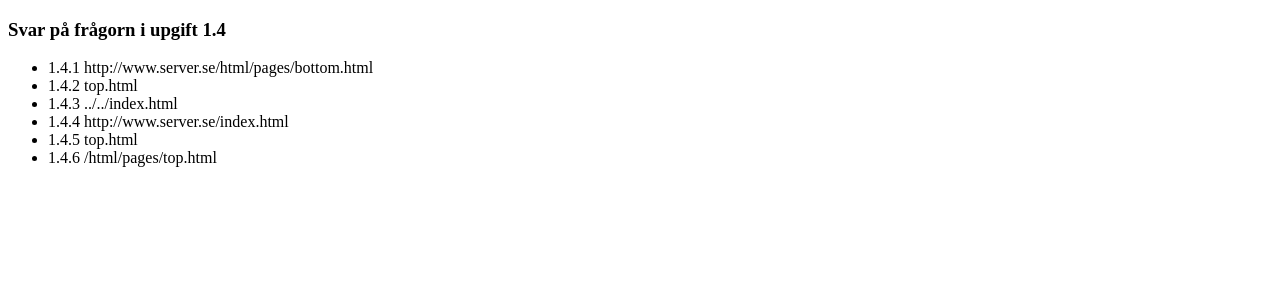
Repository: ej222ru/1IK415-laborationer
Page: pages/uppgift_1_4.html
The author's editor kept a record of every edit. The page is drawn from the files as they stood at one moment, then again after the next edit.
The browser window is 1280 px wide. The pictures show the whole page.

Above is the page before.

After the next edit:
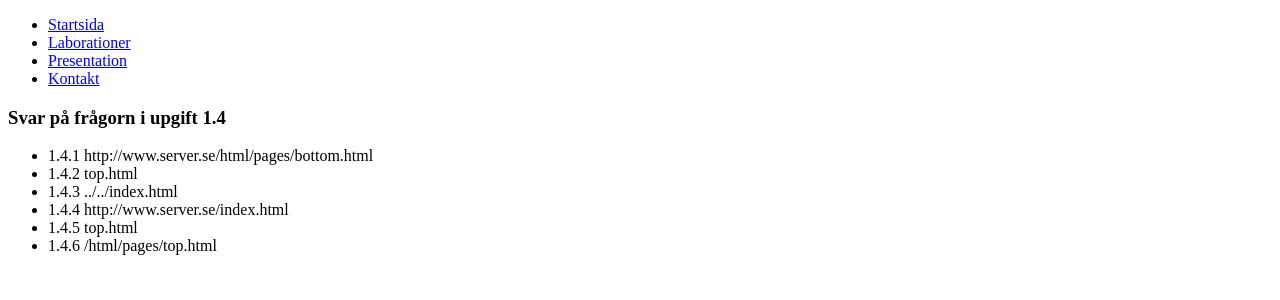
The edit:
--- a/pages/uppgift_1_4.html
+++ b/pages/uppgift_1_4.html
@@ -5,6 +5,12 @@
         <title>Uppgift 1.4</title>
     </head>
     <body>
+        <ul>
+            <li><a href="../index.html">Startsida</a></li>
+            <li><a href="laborationer.html">Laborationer</a></li>
+            <li><a href="presentation.html">Presentation</a></li>
+            <li><a href="kontakt.html">Kontakt</a></li>
+        </ul>
     <h3>Svar på frågorn i upgift 1.4</h3>
         <p>
             <ul>
